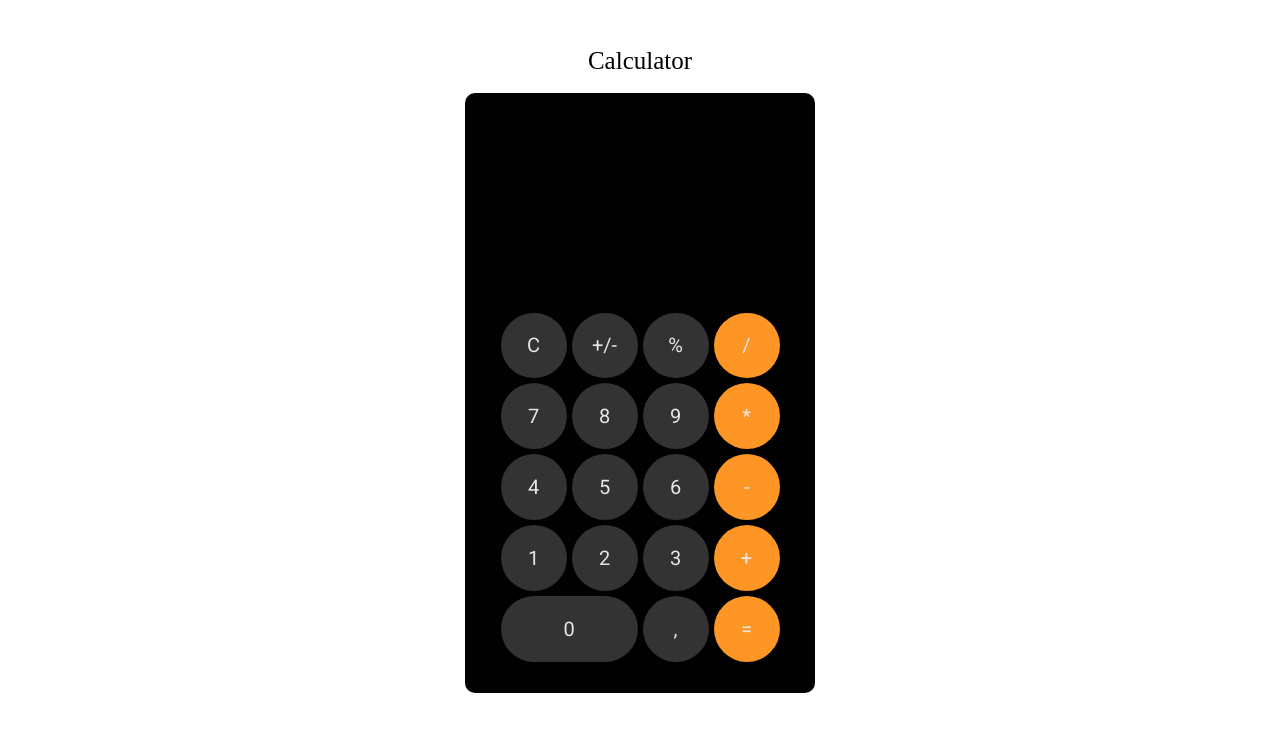
Repository: Gibon9/SimpleCalc
Page: index.html
These files come from the project's save history. The page is drawn as it stood at one moment and after the next save; the edit follows.
The browser window is 1280 px wide. The pictures show the whole page.
Some web fonts or font styles are not loaded; a fallback is used.

Above is the page before, as saved 2020-11-27 19:39:36.

### index.html
<!DOCTYPE html>
<html lang="en">
  <head>
    <meta charset="UTF-8" />
    <meta name="viewport" content="width=device-width, initial-scale=1.0" />
    <link rel="stylesheet" href="style/reset.css" />
    <link rel="stylesheet" href="style/style.css" />
    <title>Calculator</title>
  </head>

  <body>
    <main class="main">
      <h1 class="title">Calculator</h1>
      <section class="clac">
        <div class="calc-display" id="display"></div>
        <section class="keyboard" id="keyboard">
          <button class="calc-button calc-button-secondary c-btn" id="clear">
            C
          </button>
          <button
            class="calc-button calc-button-secondary plus-minus-btn"
            id="plus-minus"
          >
            +/-
          </button>
          <button
            class="calc-button calc-button-secondary percent-btn"
            id="percent"
          >
            %
          </button>
          <button class="calc-button one-btn" id="btn1">1</button>
          <button class="calc-button two-btn" id="btn2">2</button>
          <button class="calc-button three-btn" id="btn3">3</button>
          <button class="calc-button four-btn" id="btn4">4</button>
          <button class="calc-button five-btn" id="btn5">5</button>
          <button class="calc-button six-btn" id="btn6">6</button>
          <button class="calc-button seven-btn" id="btn7">7</button>
          <button class="calc-button eight-btn" id="btn8">8</button>
          <button class="calc-button nine-btn" id="btn9">9</button>
          <button class="calc-button zero-btn" id="btn0">0</button>
          <button class="calc-button calc-button-operation plus-btn" id="plus">
            +
          </button>
          <button
            class="calc-button calc-button-operation minus-btn"
            id="minus"
          >
            -
          </button>
          <button
            class="calc-button calc-button-operation divide-btn"
            id="divide"
          >
            /
          </button>
          <button
            class="calc-button calc-button-operation multiply-btn"
            id="multiply"
          >
            *
          </button>
          <button
            class="calc-button calc-button-operation equal-btn"
            id="equal"
          >
            =
          </button>
          <button class="calc-button coma-btn" id="coma">,</button>
        </section>
      </section>
    </main>
    <script src="./index.js"></script>
  </body>
</html>

### style/style.css
@import url("https://fonts.googleapis.com/css2?family=Roboto&family=Saira+Stencil+One&display=swap");

:root {
  --background-color: #010101;
  --display-color: black;
  --primary-btn-color: ##a5a5a5;
  --secondary-color: #333333;
  --secondary-btn-color: #fd9624;
  --text-color: #e7e7e7;
}

.calc-display,
.title {
  font-family: "Saira Stencil One", cursive;
}

.calc-button {
  font-family: "Roboto", sans-serif;
}

.main {
  display: flex;
  flex-direction: column;
  justify-content: center;
  align-items: center;
  width: 100vw;
  height: 100vh;
}

.title {
  font-size: 25px;
  margin: 20px 0;
}

.clac {
  width: 350px;
  height: 600px;
  background-color: var(--background-color);
  border-radius: 10px;
}

.calc-display {
  margin: 20px auto;
  width: 300px;
  height: 30%;
  background-color: var(--display-color);
  color: var(--primary-color);
  border-radius: 10px;
  font-size: 40px;
}

.keyboard {
  height: 70%;
  display: grid;
  grid-template-columns: repeat(10, 1fr);
  grid-template-rows: repeat(12, 1fr);
  gap: 5px 5px;
}

.calc-button {
  font-size: 20px;
  color: var(--text-color);
  background-color: var(--secondary-color);
  border-radius: 50%;
  border: none;
}

.calc-button-operation {
  background-color: var(--secondary-btn-color);
}

.c-btn {
  grid-column: 2/4;
  grid-row: 1/3;
}

.plus-minus-btn {
  grid-column: 4/6;
  grid-row: 1/3;
}

.percent-btn {
  grid-column: 6/8;
  grid-row: 1/3;
}

.divide-btn {
  grid-column: 8/10;
  grid-row: 1/3;
}

.seven-btn {
  grid-column: 2/4;
  grid-row: 3/5;
}

.eight-btn {
  grid-column: 4/6;
  grid-row: 3/5;
}

.nine-btn {
  grid-column: 6/8;
  grid-row: 3/5;
}

.multiply-btn {
  grid-column: 8/10;
  grid-row: 3/5;
}

.four-btn {
  grid-column: 2/4;
  grid-row: 5/7;
}

.five-btn {
  grid-column: 4/6;
  grid-row: 5/7;
}

.six-btn {
  grid-column: 6/8;
  grid-row: 5/7;
}

.minus-btn {
  grid-column: 8/10;
  grid-row: 5/7;
}

.one-btn {
  grid-column: 2/4;
  grid-row: 7/9;
}

.two-btn {
  grid-column: 4/6;
  grid-row: 7/9;
}

.three-btn {
  grid-column: 6/8;
  grid-row: 7/9;
}

.plus-btn {
  grid-column: 8/10;
  grid-row: 7/9;
}

.zero-btn {
  grid-column: 2/6;
  grid-row: 9/11;
  border-radius: 50px;
}

.coma-btn {
  grid-column: 6/8;
  grid-row: 9/11;
}

.equal-btn {
  grid-column: 8/10;
  grid-row: 9/11;
}

Loaded but not shown: style/reset.css (common file); index.js (no copy from this time; the picture is the same without it)

After the next save:
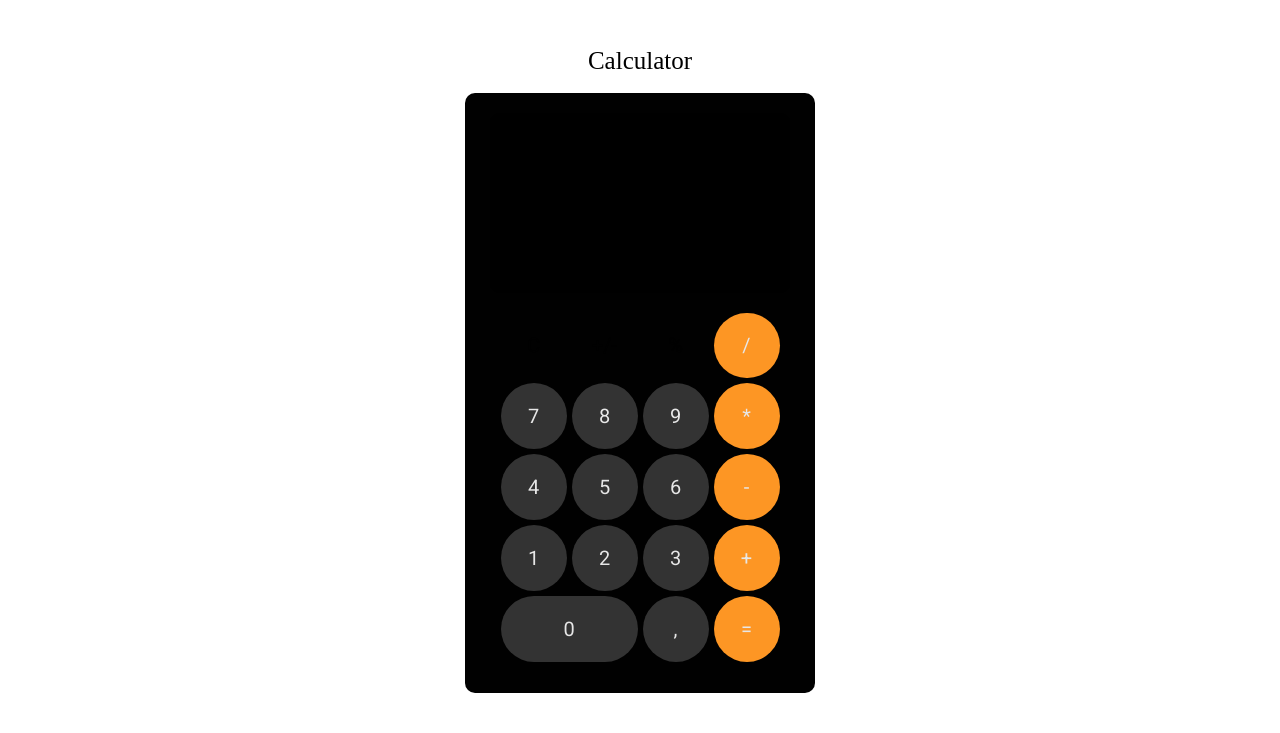
Saved 66 s later.
--- a/style/style.css
+++ b/style/style.css
@@ -67,6 +67,11 @@
 
 .calc-button-operation {
   background-color: var(--secondary-btn-color);
+}
+
+.calc-button-secondary {
+  background-color: var(--primary-btn-color);
+  color: var(--background-color);
 }
 
 .c-btn {
